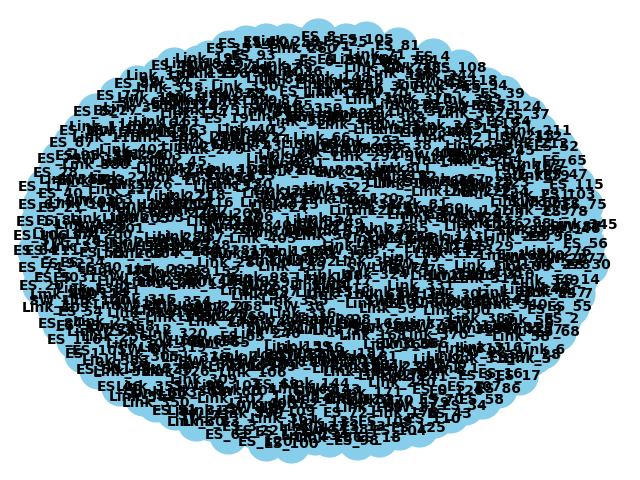
Repository: ilfuma88/NES64
Script's output: python graph.py
The author's editor kept a copy of each file at every save. The script's output is drawn from the files as they stood at one save, then again after the next save.
Random numbers start from a fixed seed.

Above is the script's output before, as saved 2024-10-06 19:02:12.

After the next save:
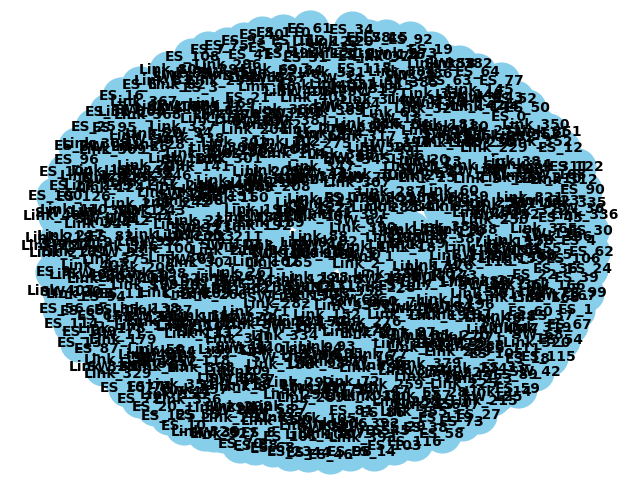
Saved 109 s later.
--- a/graph.py
+++ b/graph.py
@@ -14,7 +14,7 @@ with open(filename, 'r') as csvfile:
 
     # Step 2: Parse the CSV data
     for row in csvreader:
-        if row[0] == 'SWITCH' or row[0] == 'ES':
+        if row[0] == 'SW' or row[0] == 'ES':
             nodes.add(row[1])
         elif row[0] == 'LINK':
             edges.append((row[1], row[2]))
